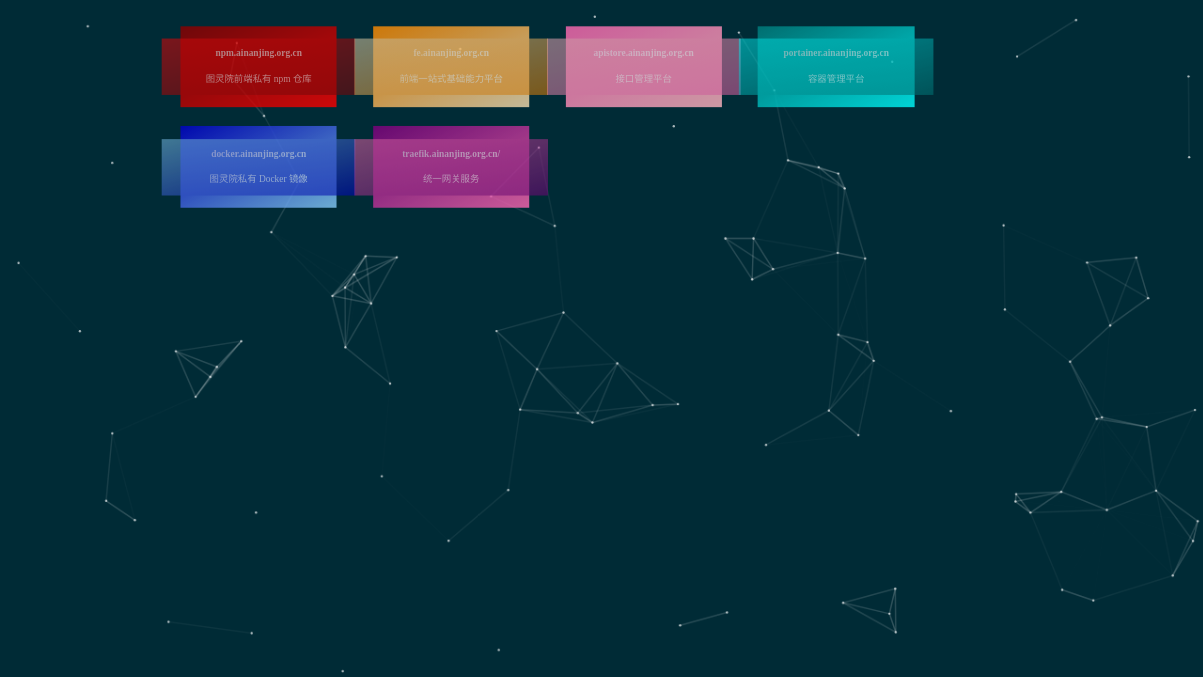
Repository: heweiwei1/portainer
Page: index.html
The author's editor kept a copy of each file at every save. The page is drawn from the files as they stood at one save, then again after the next save.
The browser window is 1280 px wide. The pictures show the whole page, at 94% of full size.

Above is the page before, as saved 2021-04-14 13:57:44.

After the next save:
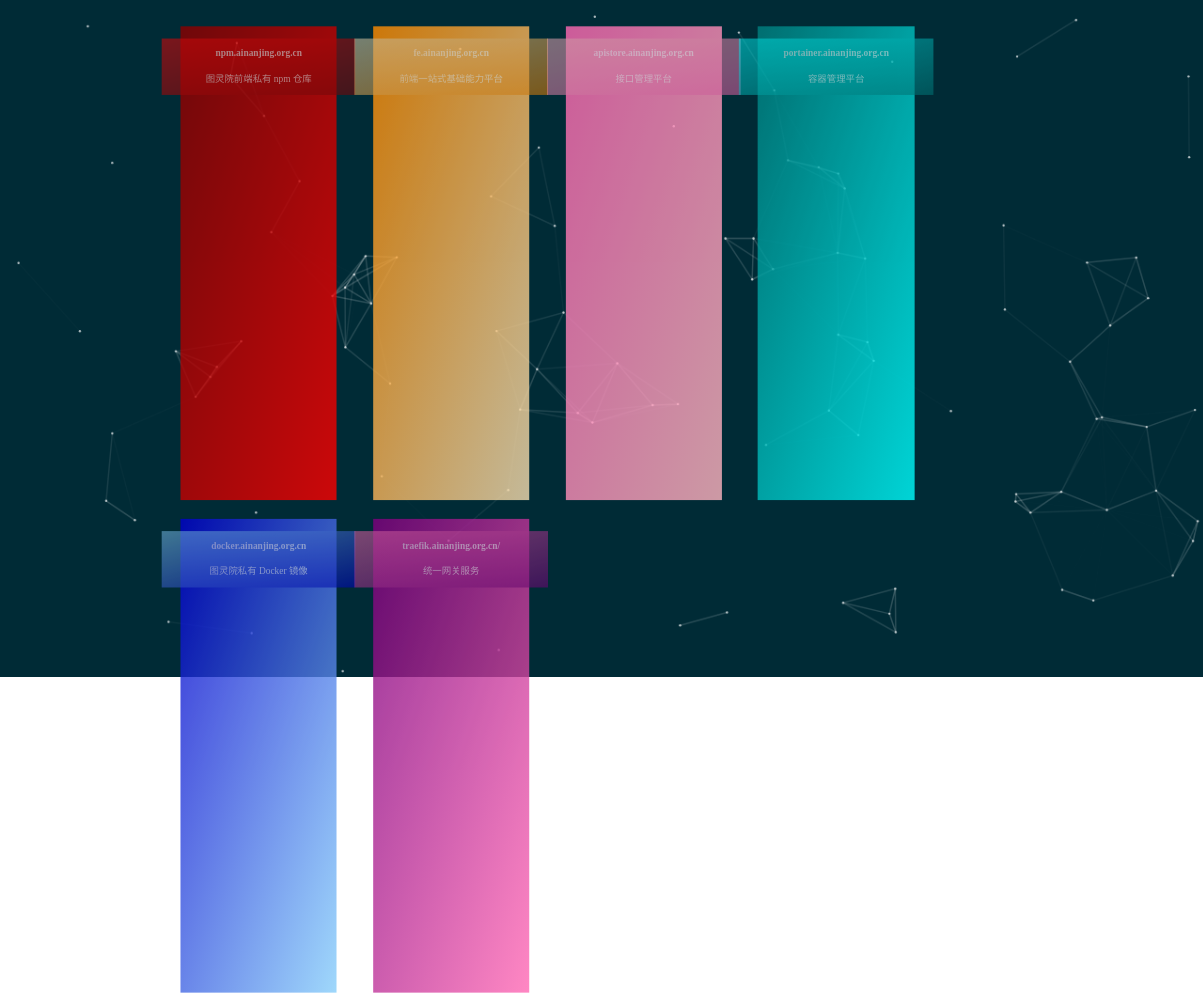
Saved 27 s later.
--- a/index.css
+++ b/index.css
@@ -15,7 +15,8 @@ a {
   flex-direction: column;
   align-items: center;
   width: 13vw;
-  height: 6.75vw;
+  height: 0;
+  padding-bottom: 56.25%;
   margin-top: 20px;
   font-size: 10px;
 }
